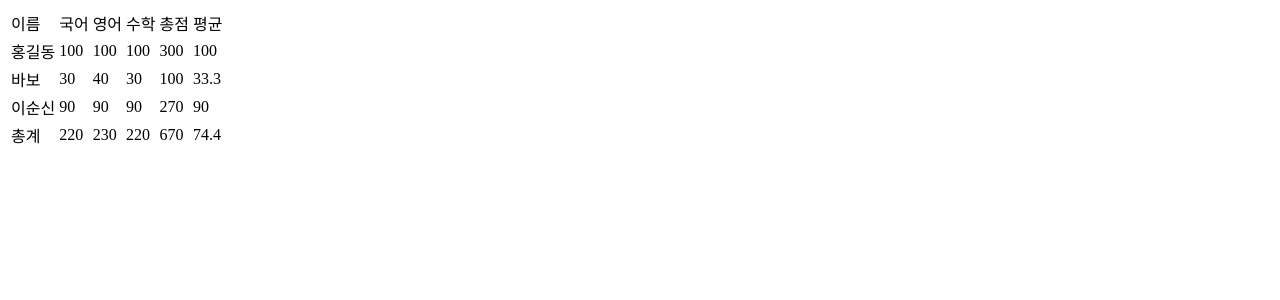
Repository: marudaga/html-css-lecture
Page: work/study/src/main/webapp/htmlEx/ch04/ex02.html
The author's editor kept a copy of each file at every save. The page is drawn from the files as they stood at one save, then again after the next save.
The browser window is 1280 px wide. The pictures show the whole page.

Above is the page before, as saved 2022-09-07 02:47:35.

After the next save:
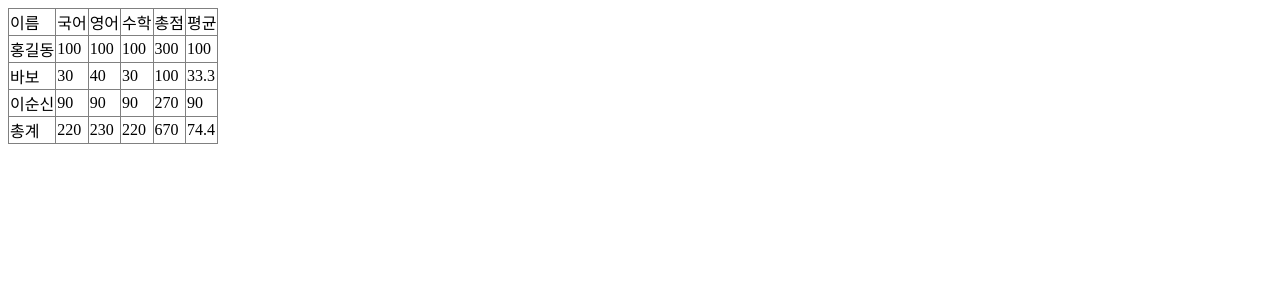
Saved 45 s later.
--- a/work/study/src/main/webapp/htmlEx/ch04/ex02.html
+++ b/work/study/src/main/webapp/htmlEx/ch04/ex02.html
@@ -5,7 +5,7 @@
 <title>Insert title here</title>
 </head>
 <body>
-	<table>
+	<table border="1" style="border-collapse: collapse;">
 		<tr>
 			<td>이름</td>
 			<td>국어</td>
